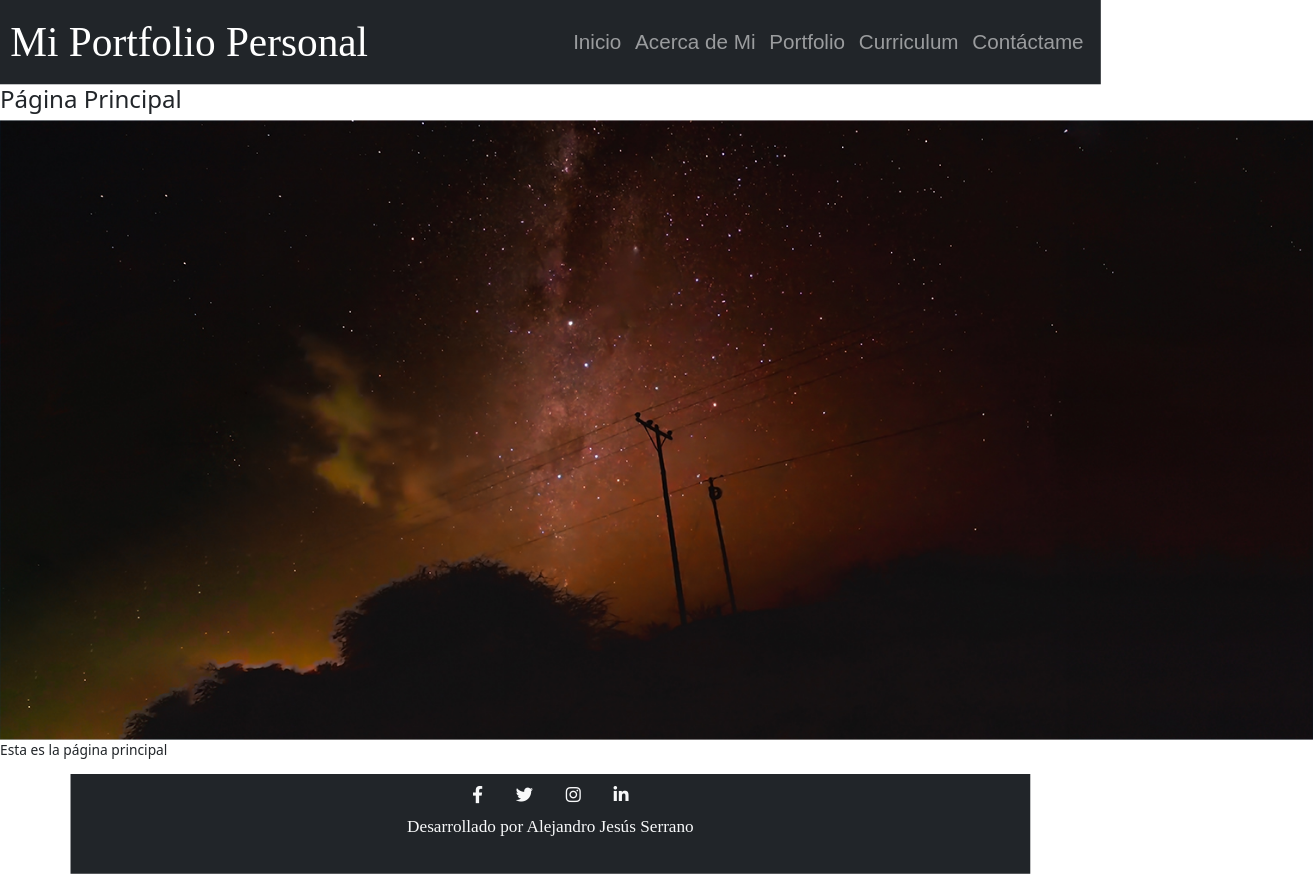
Repository: AlejandroJesusSerrano/portfolio
Page: portfolio/core/templates/core/home.html
The author's editor kept a copy of each file at every save. The page is drawn from the files as they stood at one save, then again after the next save.
The browser window is 1280 px wide. The page is 1527 px wide, so the pictures cover 1527 px, including what lies to the right of the window. The pictures show the whole page, at 86% of full size.
Some web fonts or font styles are not loaded; a fallback is used. The template is drawn by Django 4.2. The application's start-up code is not run. The template is opened directly, without the code that normally fills it, so the values that code supplies are empty.

Above is the page before, as saved 2023-09-06 08:37:07.

After the next save:
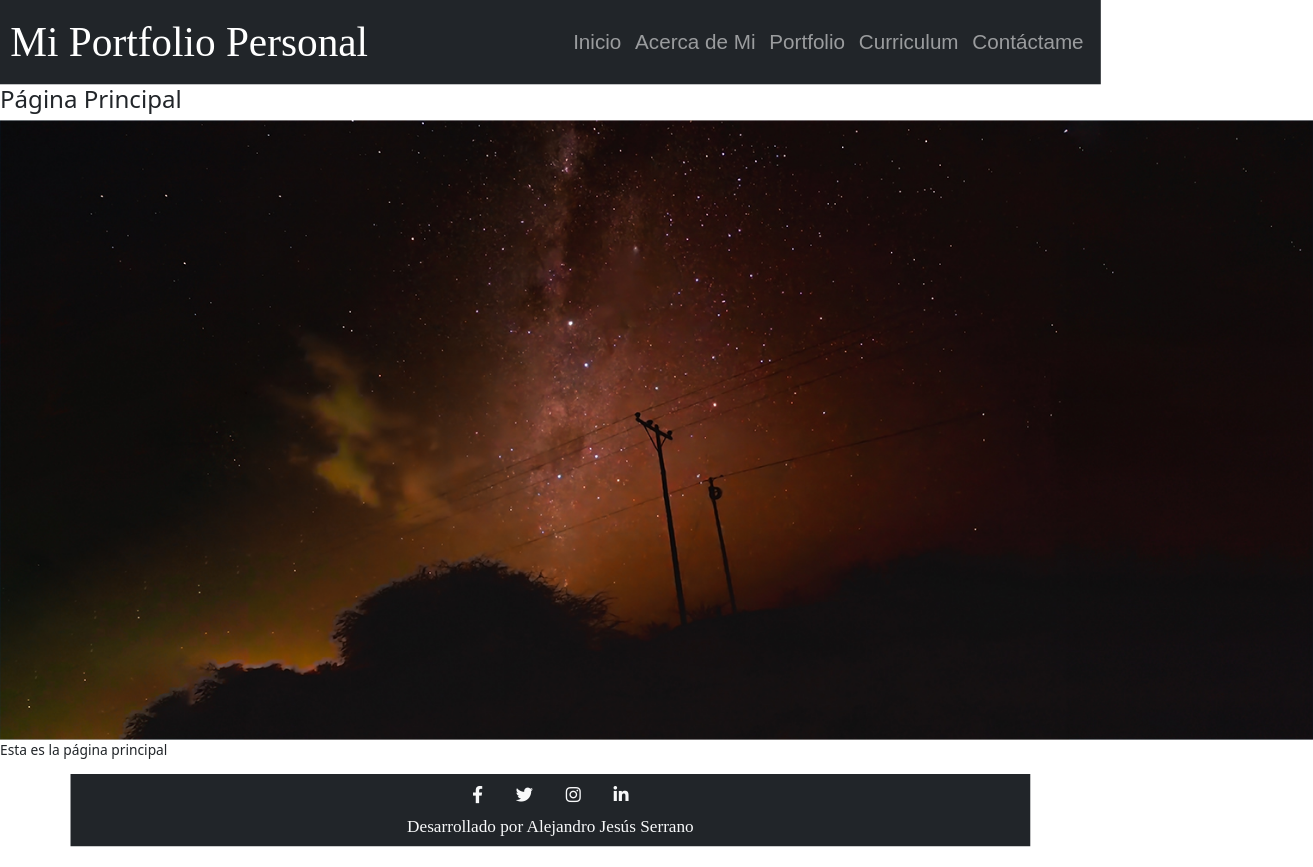
Saved 14 s later.
--- a/portfolio/static/css/styles.css
+++ b/portfolio/static/css/styles.css
@@ -17,7 +17,6 @@
 }
 
 .develop {
-  margin-bottom: 40px;
   font-family: "Arima", cursive;
   font-size: 1.25rem;
 }
